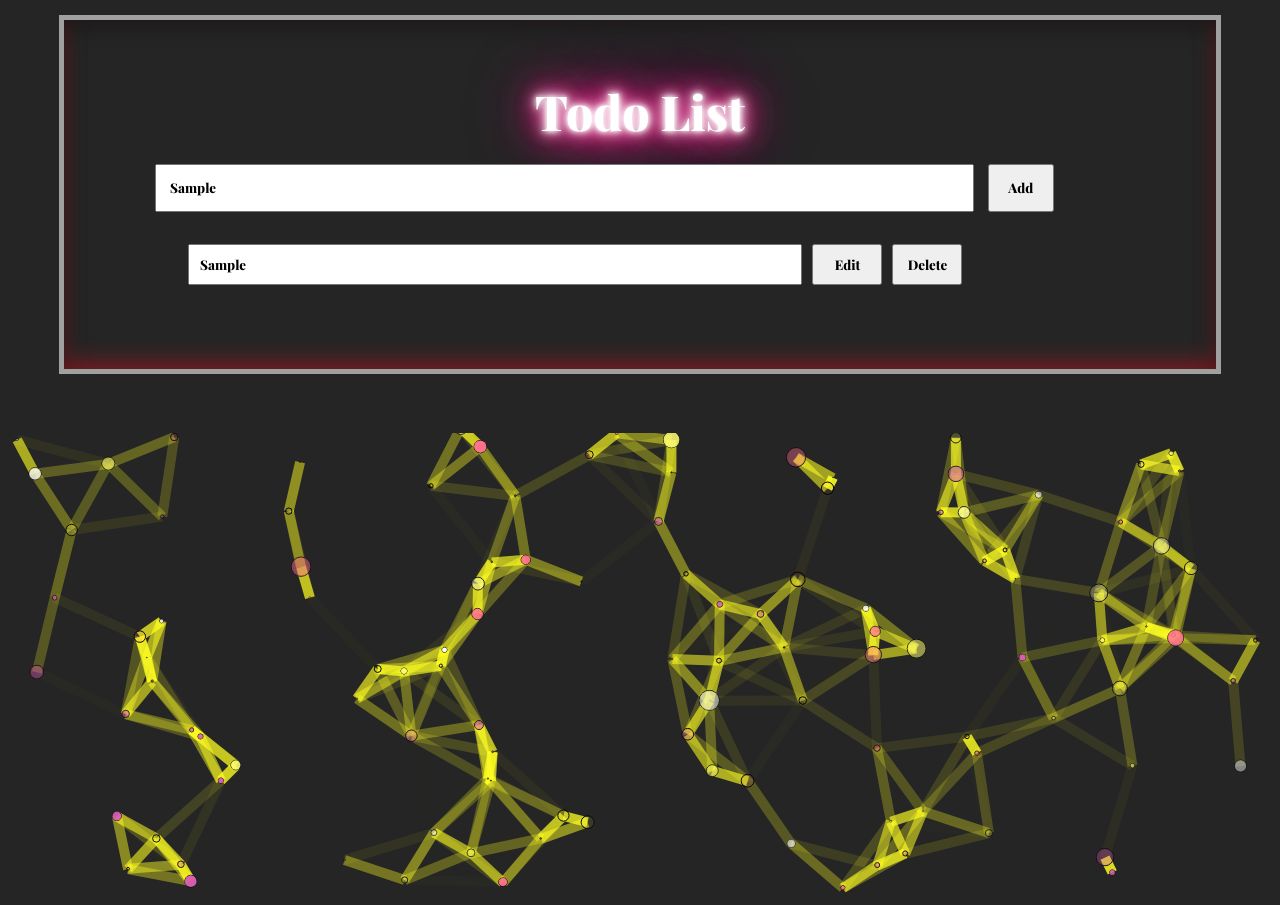
Repository: TENSAEA/----todo
Page: index.html
These files come from the project's save history. The page is drawn as it stood at one moment and after the next save; the edit follows.
The browser window is 1280 px wide. The pictures show the whole page.
Empty fields were first filled with sample values (such as "Sample", 5 or name@example.com).
After loading, the first visible `#addBtn` was clicked once.
Some web fonts or font styles are not loaded; a fallback is used.

Above is the page before, as saved 2023-10-25 14:27:30.

### index.html
<!DOCTYPE html>
<html lang="en">
  <head>
    <meta charset="UTF-8" />
    <meta name="viewport" content="width=device-width, initial-scale=1.0" />
    <title>TodoList</title>
    <link rel="stylesheet" href="style.css" />
  </head>
  <body>
    <div id="particle">
      <div class="container">
        <h1>Todo List</h1>
        <br />
        <div class="header">
          <form class="form">
            <input type="text" id="add" />
            <label for="add"><button id="addBtn">Add</button></label>
          </form>
        </div>
        <div class="list-div">
          <!-- <div class="list-hide">
          <ul class="list">
            <li>
              <input class="list-text" type="text" id="edit" readonly />
              <label for="edit">
                <button class="edit">Edit</button
                ><button class="delete">Delete</button>
              </label>
            </li>
          </ul>
        </div> -->
        </div>
      </div>
    </div>
    <script src="particles.js"></script>
    <script src="https://cdn.jsdelivr.net/npm/particles.js@2.0.0/particles.min.js"></script>
    <script src="script.js"></script>
  </body>
</html>

### style.css
@import url('https://fonts.googleapis.com/css2?family=Bungee+Spice&family=Playfair+Display:wght@800&display=swap');

*{
   box-sizing:border-box;
   margin:0;
   padding:0;
   font-family: 'Bungee Spice', sans-serif;
font-family: 'Playfair Display', serif;}
body{
    background-color: #252525;
}

#particle{
    position: absolute;
      top: 0;
      left: 0;
      width: 100%;
      height: 65%;
      z-index: 2;

}

.container{
    -webkit-box-shadow: 0px 0px 0px 5px #A0A0A0, inset 0px 10px 27px -8px #141414, inset 0px -10px 27px -8px #A31925, 5px 5px 15px 5px rgba(0,0,0,0);
box-shadow: 0px 0px 0px 5px #A0A0A0, inset 0px 10px 27px -8px #141414, inset 0px -10px 27px -8px #A31925, 5px 5px 15px 5px rgba(0,0,0,0);
    display: flex;
    flex-direction: column;
    padding: 5%;
    margin:5%;
    margin-top:20px;
}

.container h1{
    margin-top:-5px;
    font-size:3em;
    text-align:center;
    color: #FFFFFF;
text-shadow: #FFF 0px 0px 5px, #FFF 0px 0px 10px, #FFF 0px 0px 15px, #FF2D95 0px 0px 20px, #FF2D95 0px 0px 30px, #FF2D95 0px 0px 40px, #FF2D95 0px 0px 50px, #FF2D95 0px 0px 75px;
color: #FFFFFF;


}

.header{
    padding-bottom: 2em;
}

#add{
    padding: 1em;
    width:80%;
    margin-left:2em;
}
.form label button{
    padding:1em;
    width:5em;
    margin-left:10px;
    cursor: pointer;
}

.list{
    padding-bottom: 20px;
}

.list li{
    list-style-type: none;
}

.list-div .list li .list-text{
    padding: 10px;
    width:60%;
    margin-left:60px;
}
.edit,.delete{
    padding:10px;
    width:70px;
    margin-left:10px;
    cursor: pointer;
}

@media (max-width:636px){
    .form label button{
        padding:10px;
        width:70px;
        margin:3% 40%;
        cursor: pointer;
    }
    .edit,.delete{
        padding:10px;
        width:70px;
        margin:2% 38%;
        cursor: pointer;
    }
    }

### particles.js
var config = {
  particles: {
    number: {
      value: 150,

      density: {
        enable: true,
        value_area: 786,
      },
    },
    color: {
      value: ["#ffffff", "#FF6F91", "#F9F871", "#D65DB1"],
    },
    shape: {
      type: "circle",
      stroke: {
        width: 1,
        color: "#000000",
      },
      polygon: {
        nb_sides: 12,
      },
      image: {
        src: "",
        width: 100,
        height: 100,
      },
    },
    opacity: {
      value: 1,
      random: true,
      anim: {
        enable: true,
        speed: 1,
        opacity_min: 0,
        sync: false,
      },
    },
    size: {
      value: 10,
      random: true,
      anim: {
        enable: true,
        speed: 3,
        size_min: 0.3,
        sync: false,
      },
    },
    line_linked: {
      enable: true,
      distance: 100,
      color: "#ff2",
      opacity: 1,
      width: 10,
    },
    move: {
      enable: true,
      speed: 1.3,
      direction: "top",
      random: true,
      straight: true,
      out_mode: "out",
      bounce: false,
      attract: {
        enable: true,
        rotateX: 2082.2488,
        rotateY: 3363.6328,
      },
    },
  },
  interactivity: {
    detect_on: "canvas",
    events: {
      onhover: {
        enable: true,
        mode: "grab",
      },
      onclick: {
        enable: true,
        mode: "repulse",
      },
      resize: true,
    },
    modes: {
      grab: {
        distance: 70,
        line_linked: {
          opacity: 0.5,
        },
      },
      bubble: {
        distance: 100,
        size: 5,
        duration: 8.598243,
        opacity: 0,
        speed: 3,
      },
      repulse: {
        distance: 150,
        duration: 0.8,
      },
      push: {
        particles_nb: 4,
      },
      remove: {
        particles_nb: 2,
      },
    },
  },
  retina_detect: true,
};

window.onload = function () {
  let clause = window.innerWidth < 768;
  config.particles.number.value = clause ? 80 : 150;
  particlesJS("particle", config);
};

### script.js
window.addEventListener("load", () => {
  let addInput = document.getElementById("add");
  let addBtn = document.getElementById("addBtn");

  addBtn.addEventListener("click", (e) => {
    e.preventDefault();
    console.log("clicked");
    let list = document.querySelector(".list-div");
    let ul = document.createElement("ul");
    ul.classList.add("list");
    let li = document.createElement("li");
    ul.appendChild(li);
    let input = document.createElement("input");
    input.classList.add("list-text");
    input.type = "text";
    input.id = "edit";
    input.setAttribute("readonly", "readonly");
    input.value = addInput.value;
    li.appendChild(input);

    let label = document.createElement("label");
    label.setAttribute("for", "edit");
    li.appendChild(label);
    let buttonOne = document.createElement("button");
    buttonOne.classList.add("edit");
    buttonOne.textContent = "Edit";
    label.appendChild(buttonOne);
    let buttonTwo = document.createElement("button");
    buttonTwo.classList.add("delete");
    buttonTwo.textContent = "Delete";
    label.appendChild(buttonTwo);

    let listHide = document.createElement("div");
    listHide.classList.add("list-hide");

    listHide.appendChild(ul);
    list.appendChild(listHide);

    buttonOne.addEventListener("click", () => {
      if (buttonOne.textContent.toLowerCase() == "edit") {
        input.removeAttribute("readonly");
        buttonOne.textContent = "Save";
        input.focus();
      } else {
        input.setAttribute("readonly", "readonly");
        buttonOne.textContent = "Edit";
      }
    });

    buttonTwo.addEventListener("click", () => {
      list.removeChild(listHide);
    });
  });
});

After the next save:
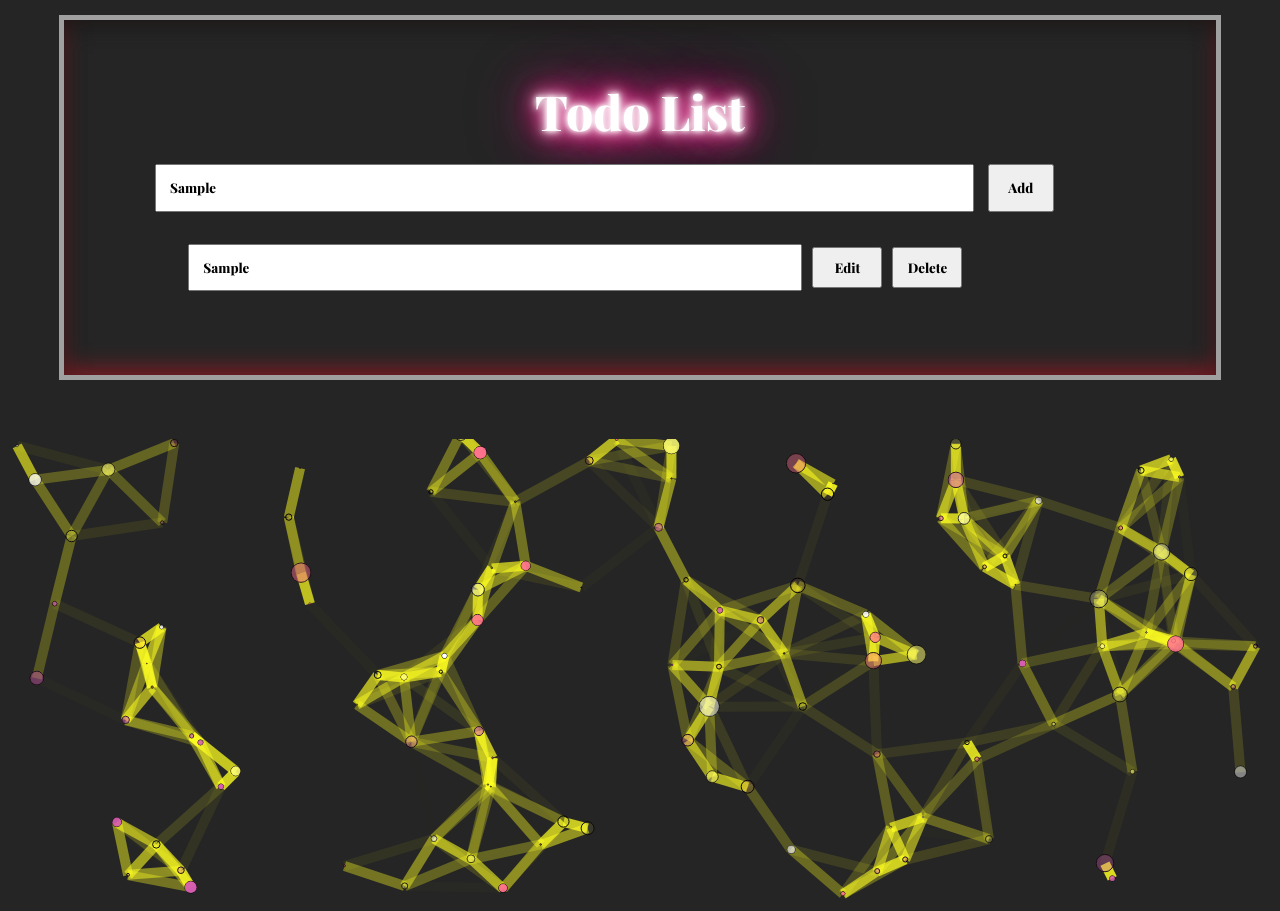
Saved 22 s later.
--- a/style.css
+++ b/style.css
@@ -66,7 +66,7 @@ color: #FFFFFF;
 }
 
 .list-div .list li .list-text{
-    padding: 10px;
+    padding: 1em;
     width:60%;
     margin-left:60px;
 }
